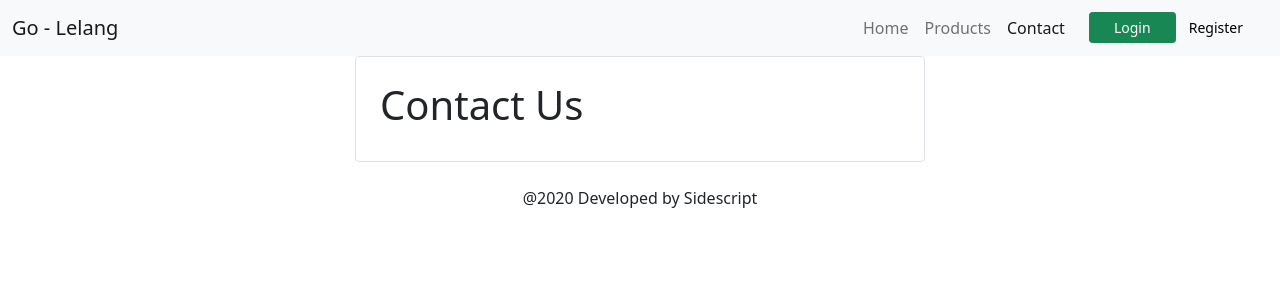
Repository: khulqu15/Go---Lelalng
Page: http://localhost/contact
An editor plug-in stored every save of this project. The page is shown before and after the next save, followed by the edit.
The browser window is 1280 px wide. The pictures show the whole page.
The page is served by the project's Laravel application, run on PHP 8.4 with Laravel 8.

Above is the page before, as saved 2021-02-22 12:27:41.

After the next save:
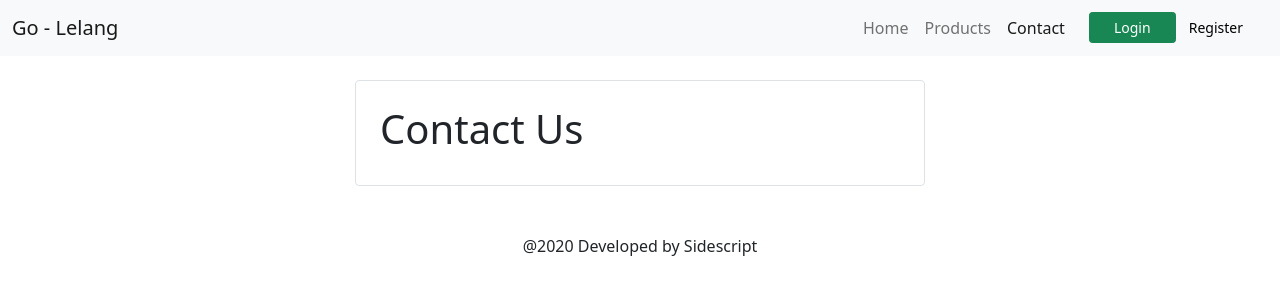
Saved 10 s later.
--- a/resources/views/page/contact.blade.php
+++ b/resources/views/page/contact.blade.php
@@ -3,7 +3,7 @@
 @section('title', 'Contact')
 
 @section('content')
-    <div class="container">
+    <div class="container py-4">
         <div class="row">
             <div class="col-md-6 offset-md-3 rounded border p-4">
                 <div>
